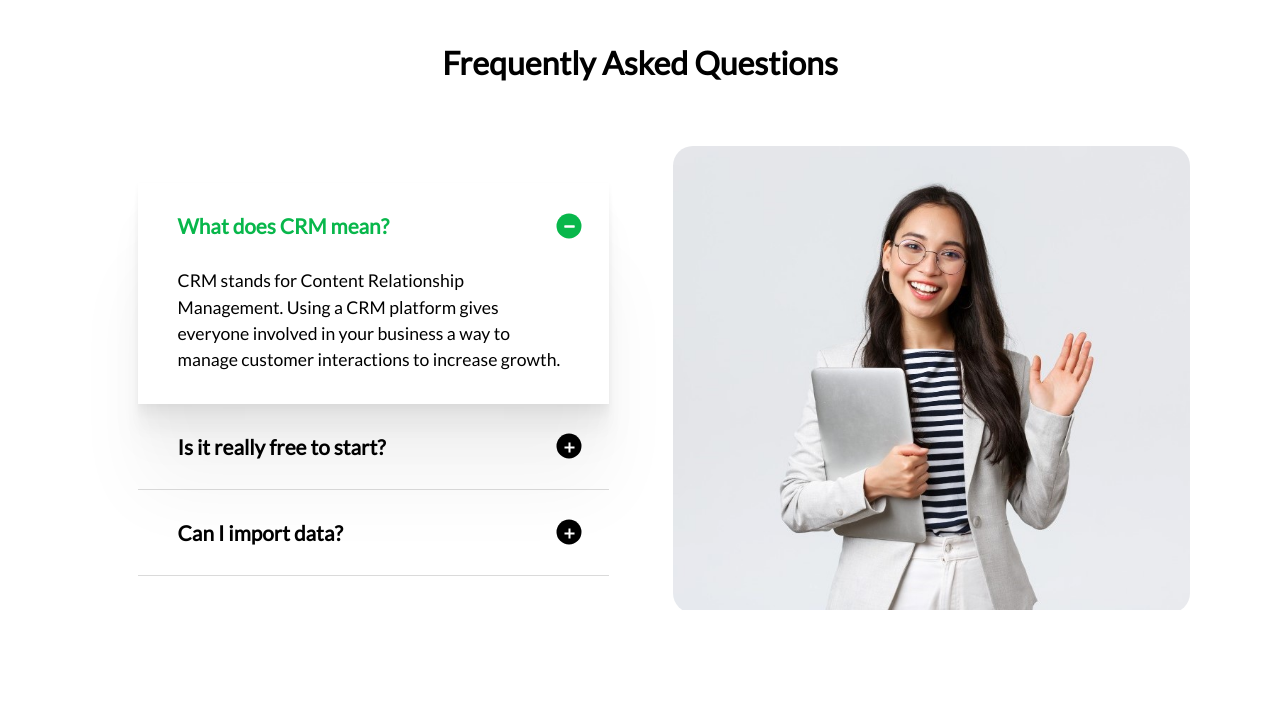
Repository: emiliaiwu/faq_component
Page: index.html
An editor plug-in stored every save of this project. The page is shown before and after a run of saves, followed by the edit.
The browser window is 1280 px wide. The pictures show the whole page.
Some icons come from a web library that is not loaded, so they are not drawn. Some web libraries are served in a nearby version.

Above is the page before, as saved 2022-12-13 20:57:20.

After the next 2 saves:
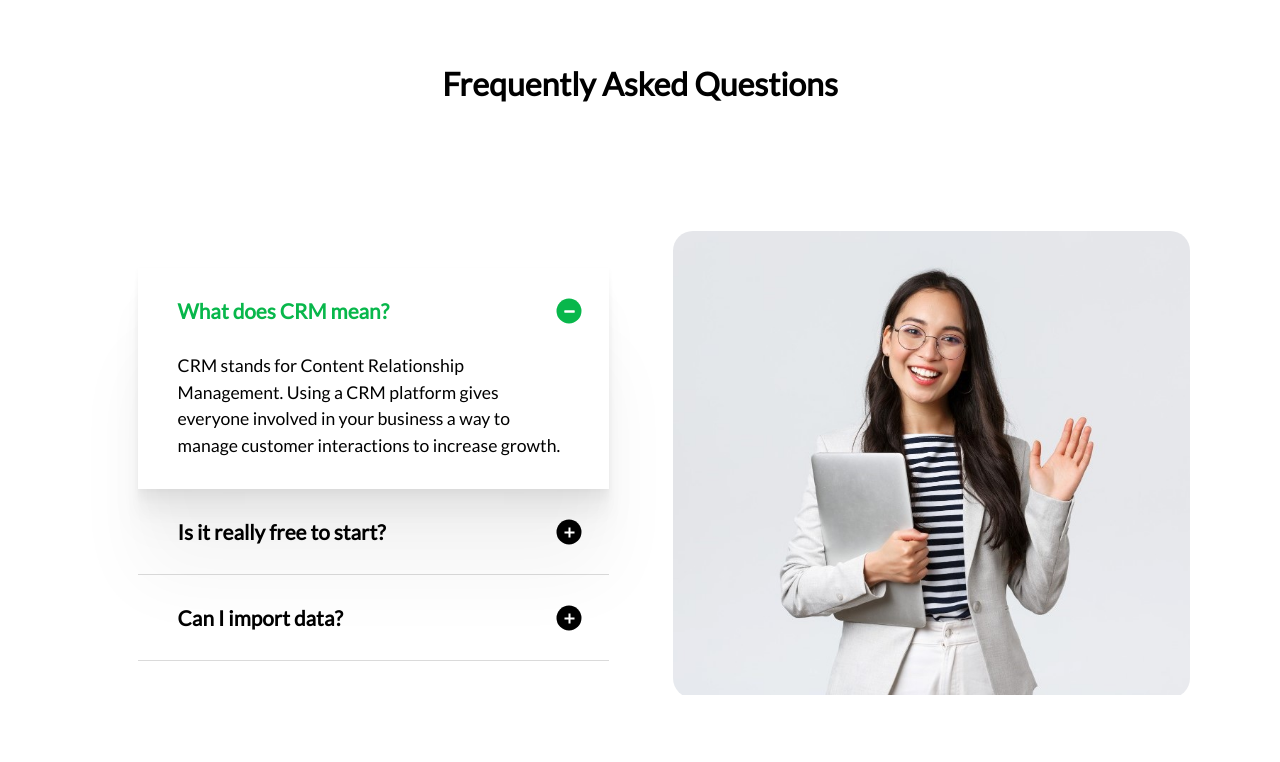
The 2 saves are shown as one change because they came seconds apart.
The last was saved 10 s later.
--- a/style.css
+++ b/style.css
@@ -26,7 +26,7 @@ body,
 
 /* TYPOGRAPHY */
 h2 {
-    margin: ;
+    margin: 4rem ;
     text-align: center;
     font-size: 2rem;
     font-family: inherit;
